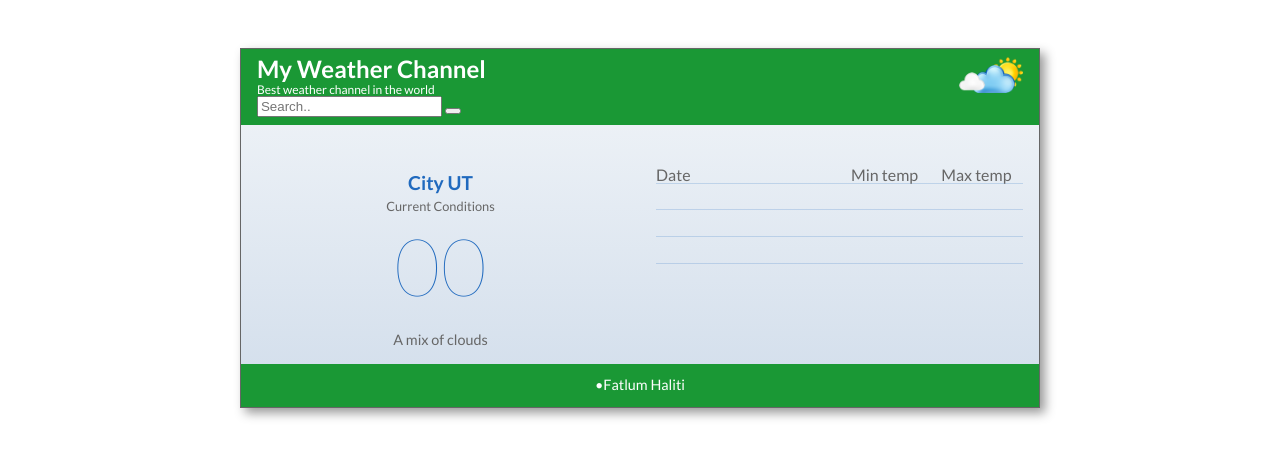
Repository: thinsanta/weather-site
Page: index.html
The author's editor kept a copy of each file at every save. The page is drawn from the files as they stood at one save, then again after the next save.
The browser window is 1280 px wide. The pictures show the whole page.
The page's requests for data from a server got no answer.

Above is the page before, as saved 2019-10-30 12:00:41.

After the next save:
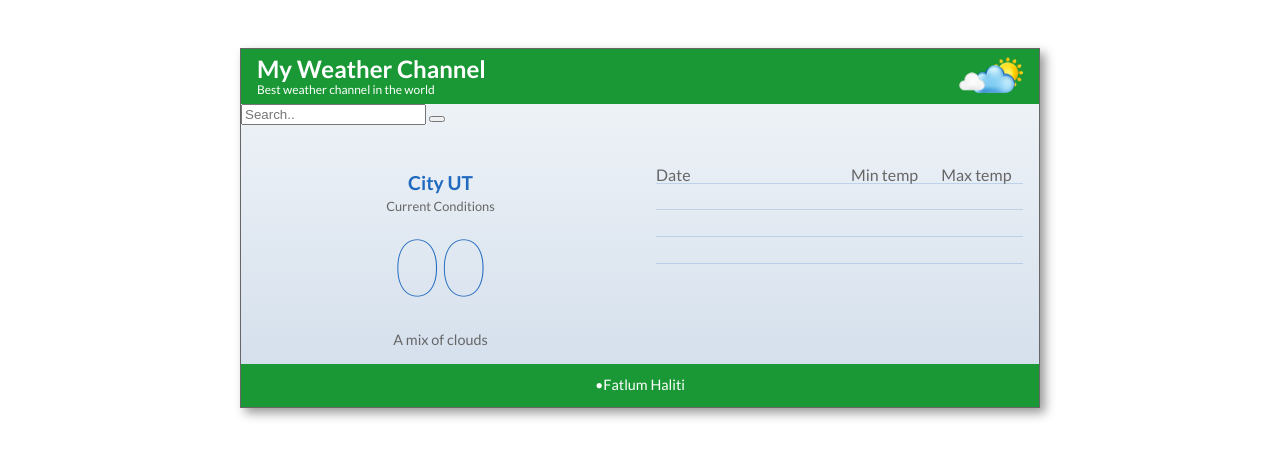
Saved 8 min 51 s later.
--- a/index.html
+++ b/index.html
@@ -34,12 +34,11 @@
 		<figure class="wu"><img src="images/weatherLogo.png"></figure>
     <h1>My Weather Channel</h1>
 	<h2>Best weather channel in the world</h2>
-	<input type="text" placeholder="Search.." name="search">
-      <button type="submit"><i class="fa fa-search"></i></button>
     </header>
 
-
-
+   <!--Search bar-->
+    <input type="text" placeholder="Search.." name="search">
+      <button type="submit"><i class="fa fa-search"></i></button>
 
 <!-- page content here -->
 <main>
